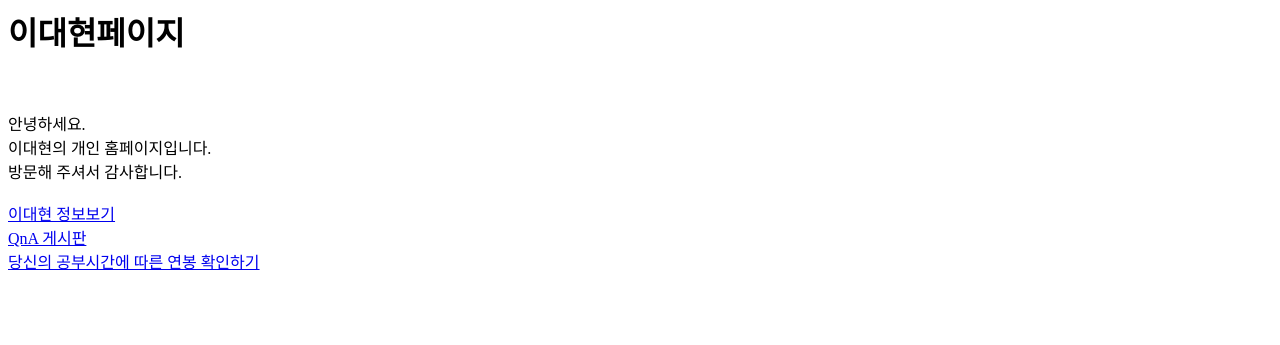
Repository: daelong/JavaStudy
Page: webproject/WebContent/MyPage.html
These files come from the project's save history. The page is drawn as it stood at one moment and after the next save; the edit follows.
The browser window is 1280 px wide. The pictures show the whole page.

Above is the page before, as saved 2019-04-02 10:52:49.

After the next save:
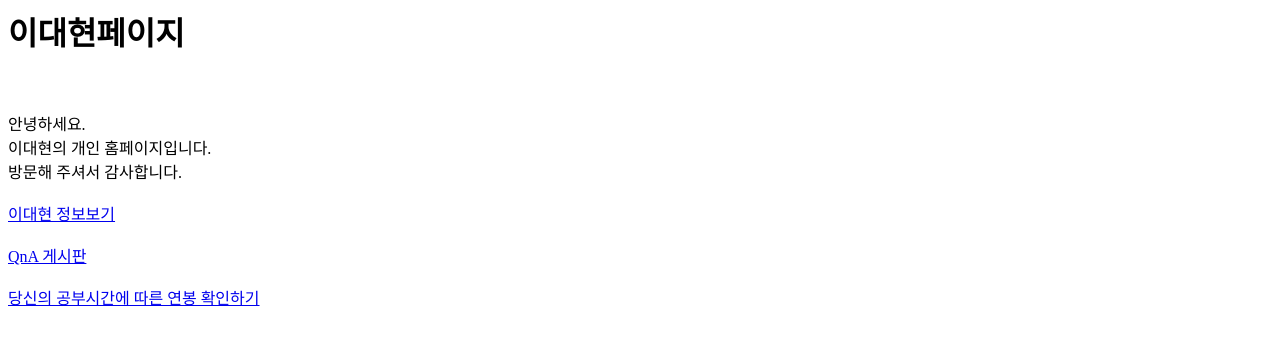
Saved 9 s later.
--- a/webproject/WebContent/MyPage.html
+++ b/webproject/WebContent/MyPage.html
@@ -8,8 +8,8 @@
 	안녕하세요.<BR>
 	이대현의 개인 홈페이지입니다.<BR>
 	방문해 주셔서 감사합니다.<BR><BR>
-	<a href="/webproject/MyProperty.jsp">이대현 정보보기</a><BR>
-	<a href="/webproject/QnABoard.jsp">QnA 게시판</a><BR>
+	<a href="/webproject/MyProperty.jsp">이대현 정보보기</a><BR><BR>
+	<a href="/webproject/QnABoard.jsp">QnA 게시판</a><BR><BR>
 	<a href="/webproject/SalaryInput.html">당신의 공부시간에 따른 연봉 확인하기</a>
 </body>
 </html>
